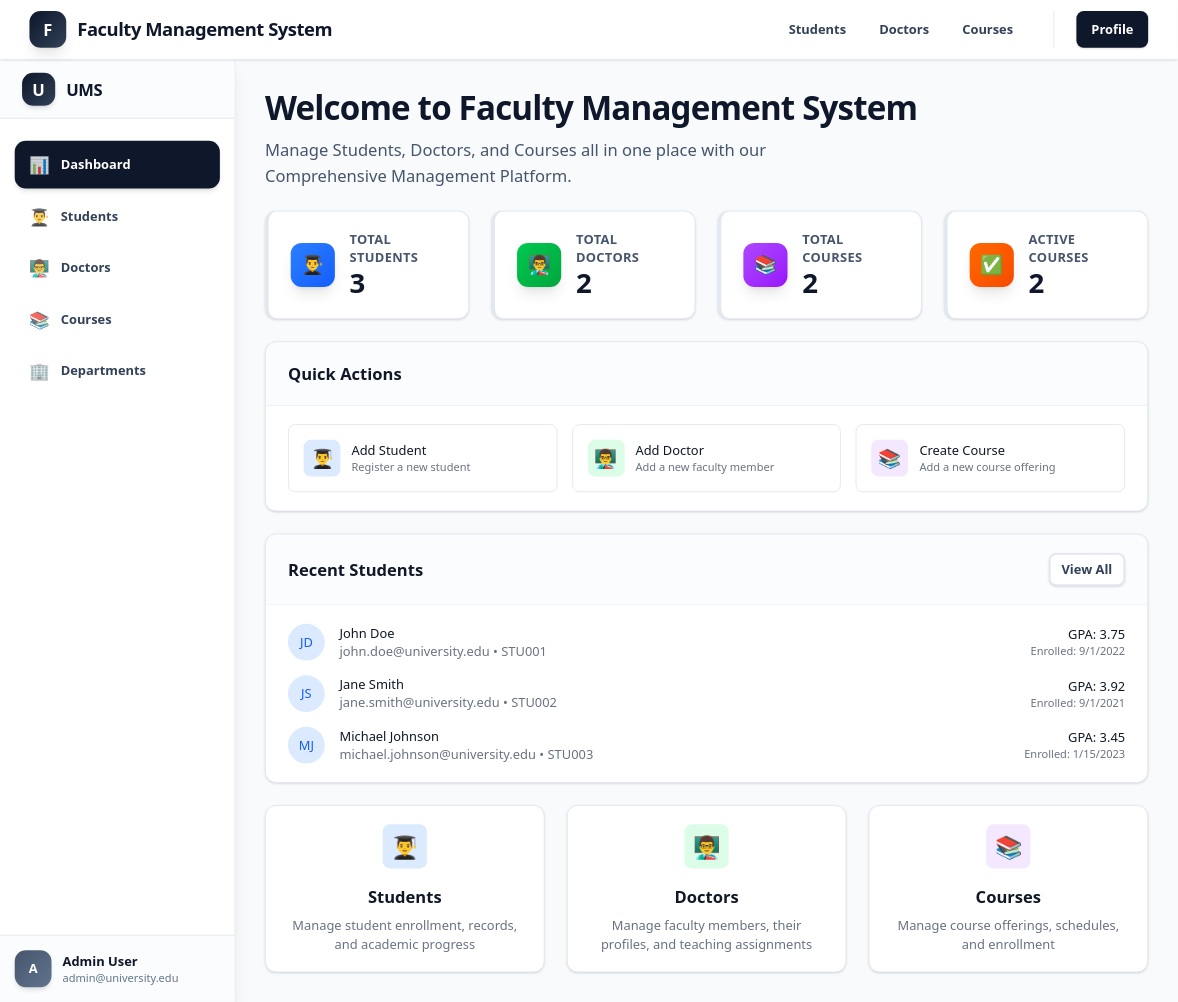
Repository: Mohamedmohsen179/Advanced-DB-Task
Page: / (app in frontend/)
These files come from the project's save history. The page is drawn as it stood at one moment and after the next save; the edit follows.
The browser window is 1280 px wide. The pictures show the whole page, at 92% of full size.
The project was rebuilt for these pictures with package versions that can differ from the ones it lists, and the page was loaded fresh each time. The framework's server and built-in components were replaced by stand-ins that run in the browser. Settings that the repository does not hold, such as keys and server addresses, were given made-up values. Also part of the build but not shown: frontend/next.config.ts.

Above is the page before, as saved 2025-11-28 19:53:41.

After the next save:
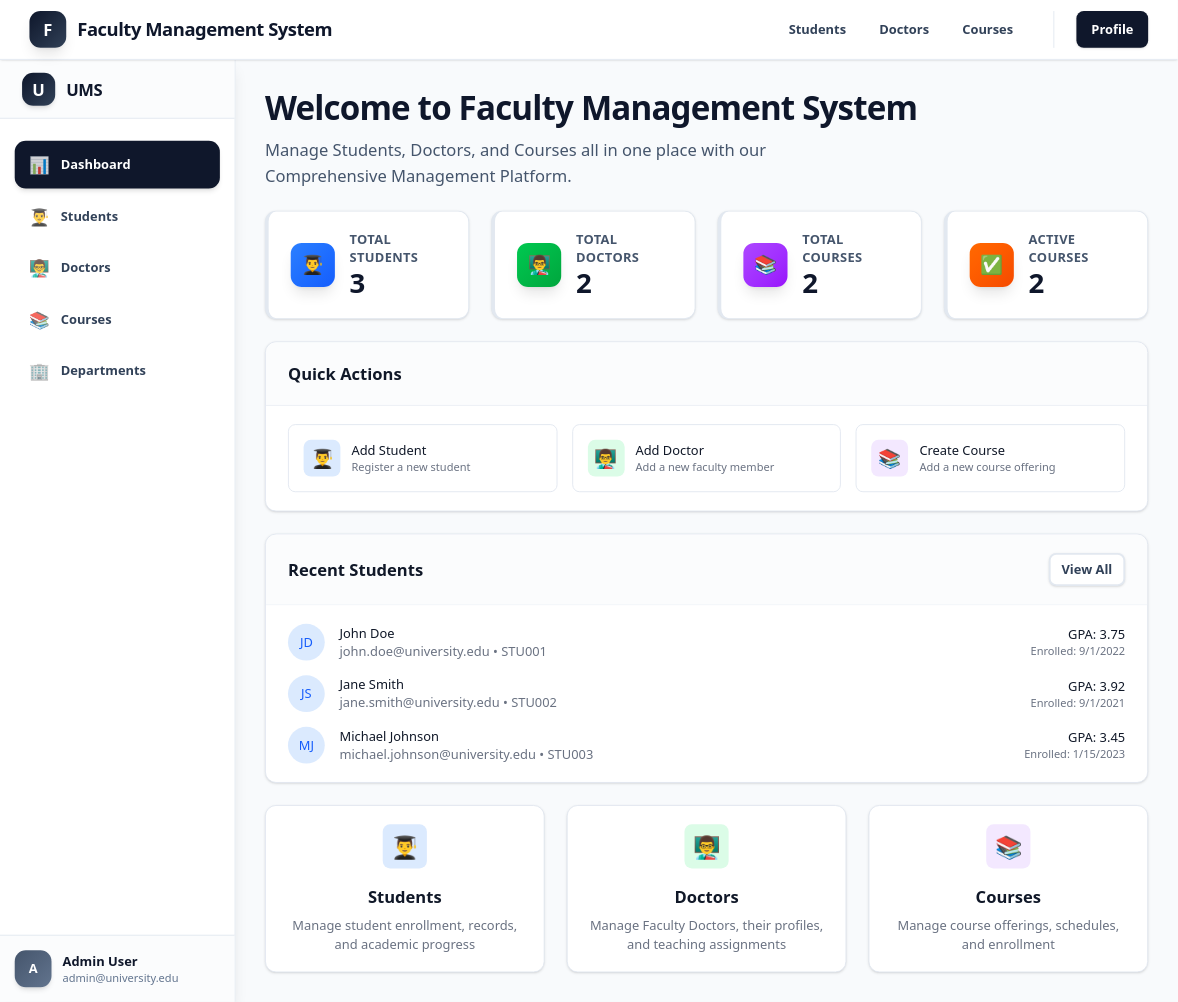
Saved 30 s later.
--- a/frontend/app/page.tsx
+++ b/frontend/app/page.tsx
@@ -259,7 +259,7 @@ export default function Home() {
               </div>
               <h3 className="text-lg font-semibold text-gray-900 mb-2">Doctors</h3>
               <p className="text-sm text-gray-500">
-                Manage faculty members, their profiles, and teaching assignments
+                Manage Faculty Doctors, their profiles, and teaching assignments
               </p>
             </CardContent>
           </Card>
